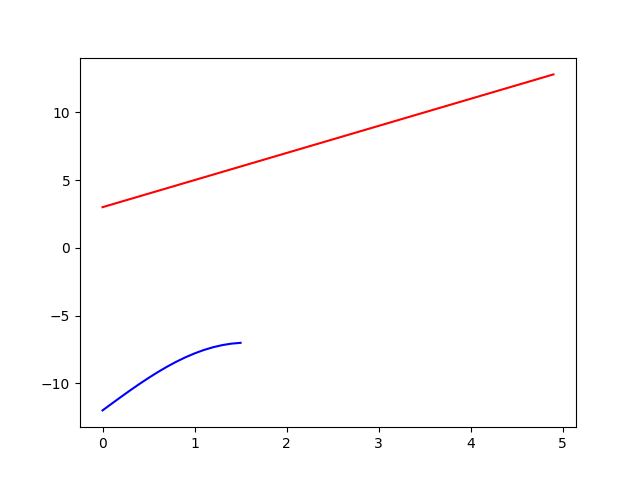
Repository: virangaj/python_labsheets
Script's output: python Tutorial_2/ex3.py
An editor plug-in stored every save of this project. The script's output is shown before and after the next save, followed by the edit.
Random numbers start from a fixed seed.

Above is the script's output before, as saved 2022-07-03 22:57:46.

After the next save:
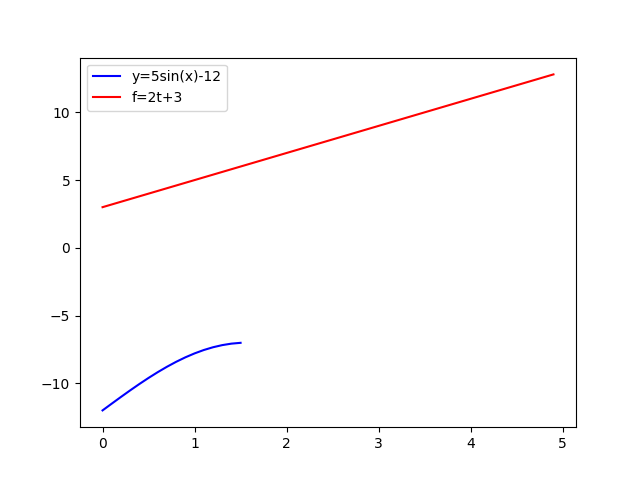
Saved 17 s later.
--- a/Tutorial_2/ex3.py
+++ b/Tutorial_2/ex3.py
@@ -14,6 +14,6 @@ def create_graph():
     print(t)
     f = 2*t+3
     plt.plot(t,f, color='r', label='f=2t+3')
-
+    plt.legend()
     plt.show()
 create_graph()
